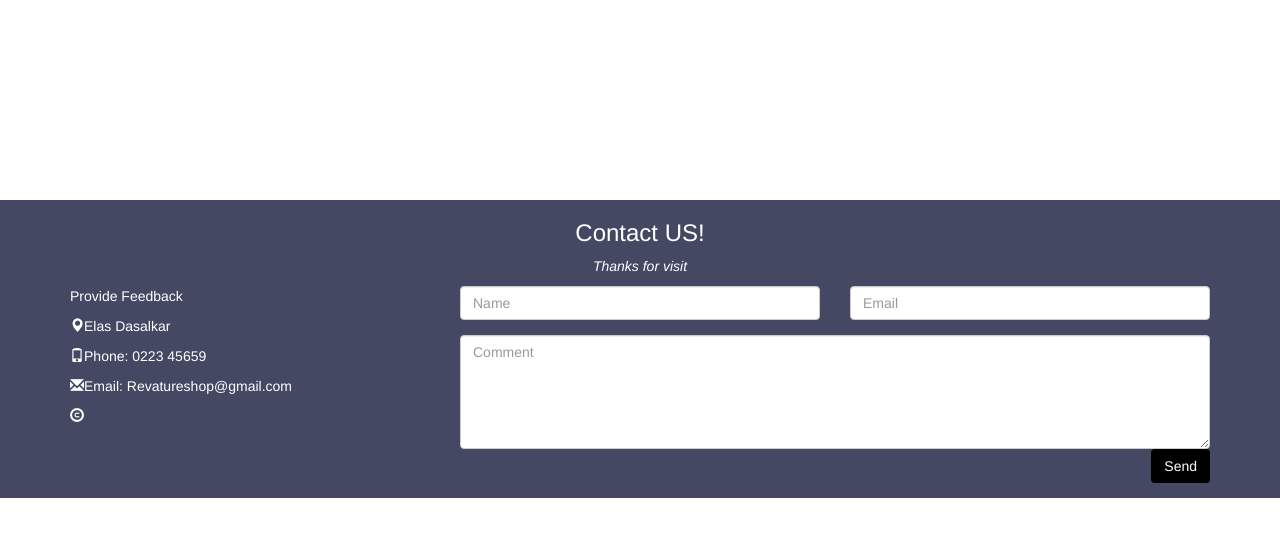
Repository: vilasdasalkar/RevaShop-Project-0
Page: RevShop/src/main/webapp/footer.html
The author's editor kept a copy of each file at every save. The page is drawn from the files as they stood at one save, then again after the next save.
The browser window is 1280 px wide. The pictures show the whole page.

Above is the page before, as saved 2024-08-30 07:46:42.

After the next save:
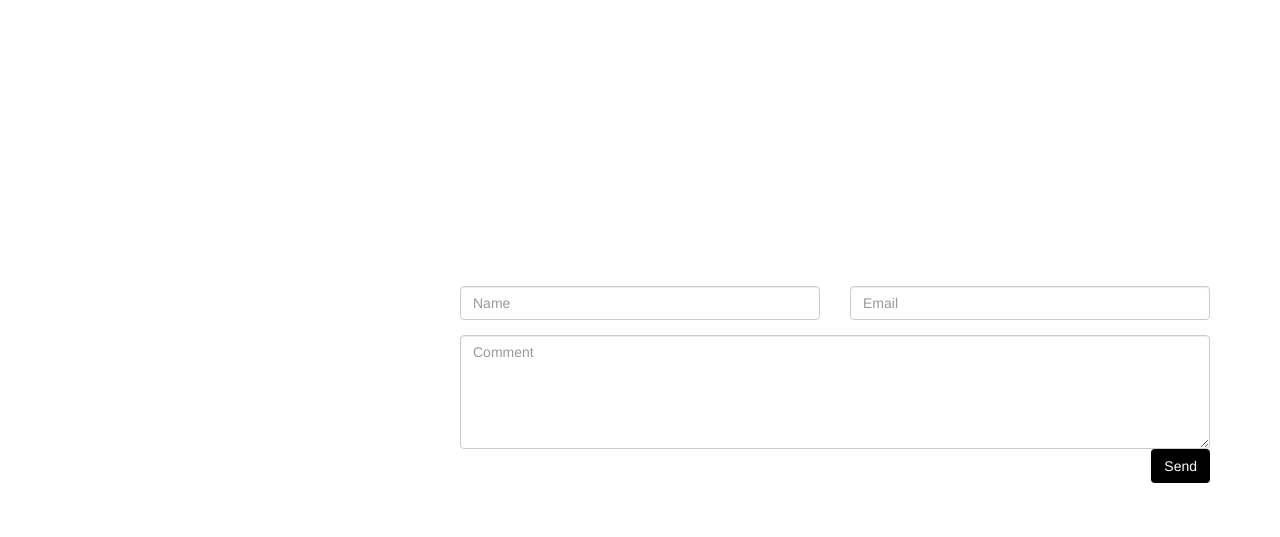
Saved 33 s later.
--- a/RevShop/src/main/webapp/footer.html
+++ b/RevShop/src/main/webapp/footer.html
@@ -17,7 +17,7 @@
 	<!-- Start the footer Contacts -->
 	<!-- <a name="contact"></a> -->
 	<div class="container-fluid"
-		style="background-color: #454862; color: white; margin-top: 200px;">
+		style="background-color: rgb(255, 0, 255), 0, 255); color: white; margin-top: 200px;">
 		<div class="container">
 			<h3 class="text-center">Contact US!</h3>
 			<p class="text-center">

After the save that followed:
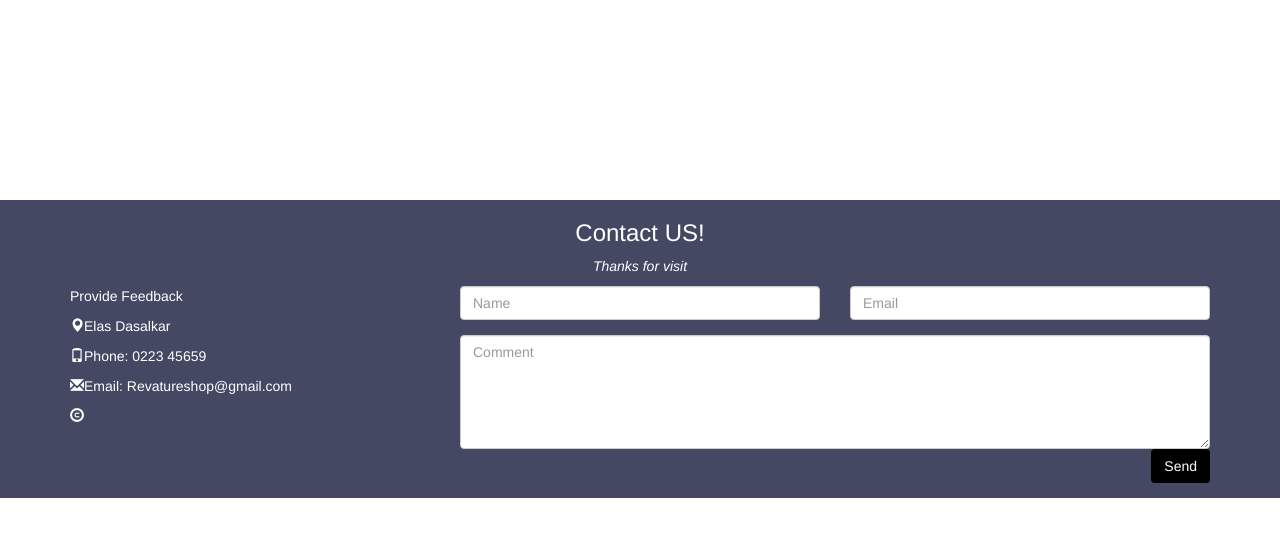
Saved 11 s later.
--- a/RevShop/src/main/webapp/footer.html
+++ b/RevShop/src/main/webapp/footer.html
@@ -17,7 +17,7 @@
 	<!-- Start the footer Contacts -->
 	<!-- <a name="contact"></a> -->
 	<div class="container-fluid"
-		style="background-color: rgb(255, 0, 255), 0, 255); color: white; margin-top: 200px;">
+		style="background-color: #454862; color: white; margin-top: 200px;">
 		<div class="container">
 			<h3 class="text-center">Contact US!</h3>
 			<p class="text-center">
